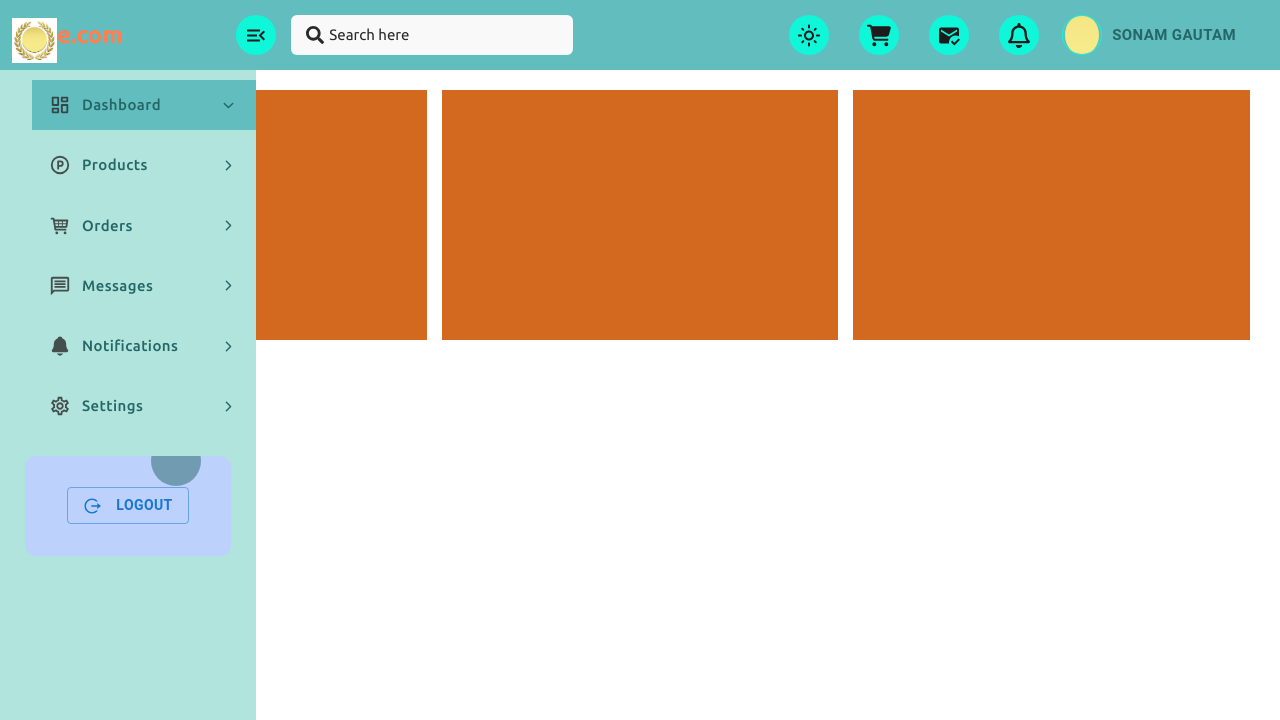
Repository: gautamsonam011/admin-react-dashboard
Page: /
These files come from the project's save history. The page is drawn as it stood at one moment and after the next save; the edit follows.
The browser window is 1280 px wide. The pictures show the whole page.
The project was rebuilt for these pictures with package versions that can differ from the ones it lists, and the page was loaded fresh each time.

Above is the page before, as saved 2025-04-16 11:10:38.

### src/App.js
import { BrowserRouter, Routes, Route } from 'react-router-dom';
import './App.css';
import 'bootstrap/dist/css/bootstrap.min.css';
import Dashboard from './pages/Dashboard/Dashboard';
import Header from "./components/Header/index";
import Sidebar from './components/Sidebar';

function App() {
  return (
    <BrowserRouter>
    <Header/>
    <div className='main d-flex'>
      <div className='sidebarWrapper'>
        <Sidebar/>
      </div>
    </div>
    <div className='content'>
    <Routes>
      <Route path = "/" exact={true} element={<Dashboard/>} />
    </Routes>
    </div>

    </BrowserRouter>
  );
}

export default App;

### src/App.css
@import url('https://fonts.googleapis.com/css2?family=Ubuntu:ital,wght@0,300;0,400;0,500;0,700;1,300;1,400;1,500;1,700&display=swap');

body{
  font-family: "Ubuntu", sans-serif !important;
  background-color: #f4f8f7;

}

header{
  width:100%;
  height: 70px;
  background-color:#62bebe;
  position: fixed;
  top:0px;
  left:0px;
  z-index: 1000;
}
header .logo{
  text-decoration: none;
}
header .logo img{
  margin-top: 10px;
  width:45px;

}

header .logo span{
color: coral;
font-weight: bolder;
font-size: 24px;
}
header button.rounded-circle{min-width:40px !important; width:40px !important; height: 40px !important; background-color:#0ff7d8 !important; margin: 15px;}
header button.rounded-circle svg{color:rgb(29, 27, 27); font-size: 25px !important; transition: all 0.2s ease-in-out;}
header button.rounded-circle:hover svg{color: #2585d4 !important;}
.searchBox{width:400px; height: 40px; background-color:#faf9f9; border-radius: 6px;padding: 3px 15px;}
.searchBox input{background: transparent;border:0px; outline:none; padding-left: 5px; font-size: 15px; color:#292929}
.searchBox input::-webkit-input-placeholder{color:#292929}
.searchBox svg{font-size: 18px; color:#292929 ;}

.userImg{display: flex; align-items:center; justify-content: center; overflow: hidden; width:40px; height: 40px; border:1px solid #0ff7d8; padding: 2px; border-radius: 100%;}
.userImg .rounded-circle{display: flex; align-items:center; justify-content: center; overflow: hidden; width: 40px; height: 40px; cursor: pointer; position: relative;}
.userImg .rounded-circle .img{object-fit: cover; width: 100%;}
.userInfo{padding-left: 10px;}
.userInfo h5{font-size: 15px; font-weight: 600; margin-bottom:0px; color: #266666;}

#account-menu li{font-size: 14px !important;}
#account-menu li svg{font-size: 20px !important}

.dropdown-info{padding-left: 6px;}
.dropdown-info h4{font-size: 15px; font-weight:600;margin-top: 2px; white-space: break-space; line-height: 21px;}
.dropdown-info p{font-size: 10px; color: #2585d4;}


/* Style for sidebar  */

.main .sidebarWrapper{width: 20%; flex: 0 0 20%; transition: all 0.3s ease-in-out;}
.main .sidebarWrapper .sidebar{width:20%; height: 100vh; position:fixed; top: 70px; left:0px; background:#b1e4dd; overflow-y: scroll; overflow-x: hidden;}
.main .sidebarWrapper .sidebar::-webkit-scrollbar-thumb{background: transparent !important; width:3px;}
.main .sidebarWrapper:hover .sidebar::-webkit-scrollbar{ background:#2585d4; width:3px;}
.main .sidebarWrapper .sidebar ul{margin-bottom:0px;}
.main .sidebarWrapper .sidebar ul li{list-style: none; margin-top:10px;}
.main .sidebarWrapper .sidebar ul li button{color:#266666; text-align: left; justify-content: left; border-radius:0px !important; padding: 12px 15px !important;
  align-items: center; text-transform: capitalize !important;font-family: "Ubuntu", sans-serif !important;
  margin-left: 0px; font-size: 15px !important;
}
.main .sidebarWrapper .sidebar ul li button .icon{display: flex; align-items:center; justify-content: center; width:25px; height:25px; margin-right: 10px;}
.main .sidebarWrapper .sidebar ul li button .icon svg{color:#292929; opacity: 0.8; font-size: 22px;}
.main .sidebarWrapper .sidebar ul li button .arrow{margin-left: auto; display: flex; align-items: center; justify-content: center; width: 25px; transition: all 0.3s ease-in-out}
.main .sidebarWrapper .sidebar ul li button:hover{background:#62bebe !important;}
.main .sidebarWrapper .sidebar ul li button.active{background: #62bebe !important;}
.main .sidebarWrapper .sidebar ul li button.active .arrow{transform: rotate(90deg);}

.main .sidebarWrapper .sidebar ul .submenu{padding: 0px 45px; position:relative; height:auto;}
.main .sidebarWrapper .sidebar ul .submenu::before{content:''; width:1px; height: 95%; position: absolute; top:0px; left:25px; background:rgba(0, 0, 0, 0.1);}
.main .sidebarWrapper .sidebar ul .submenu li{width:100%; list-style: none;}
.main .sidebarWrapper .sidebar ul .submenu li a{color:#266666 !important; text-decoration: none; font-family: "Ubuntu", sans-serif !important;
display: block; padding: 6px 0px; font-size: 14px !important; font-weight: 500; transition:all 0.3s}
.main .sidebarWrapper .sidebar ul .submenu li a:hover{color:#2585d4 !important;}

.main .sidebarWrapper .sidebar ul .submenuWrapper{transition:all 0.3s ease-in-out; height: 0px; overflow: hidden; }
.main .sidebarWrapper .sidebar ul .submenuWrapper.colapsed .submenu{opacity:0;}

.main .sidebarWrapper .sidebar ul .submenuWrapper.colapse{height:auto; overflow: inherit;}
.main .sidebarWrapper .sidebar ul .submenuWrapper.colapse .submenu{opacity:1; height:auto;}

.logoutWrapper{padding: 0px 25px;}
.logoutWrapper .logoutBox{width:100%; height:100px; padding: 25px; background:#bcd2fd; border-radius:10px; margin-bottom:20px; display:flex; align-items: center; justify-content: center;
position:relative; overflow:hidden;}
.logoutWrapper .logoutBox::before{content:''; width:50px; height:50px; background:#266666; border-radius: 100%; position:absolute; top: -20px; right: 30px; opacity:0.5}
.logoutWrapper .logoutBox::after{content:''; width:30px; height:30px; background:#266666; border-radius: 100%; position:absolute; top: -30px; left: 30px; opacity:0.5}
.logoutWrapper .logoutBox button{font-size:14px !important; font-weight: 600 !important; }
.logoutWrapper .logoutBox button svg{margin-right: 15px; font-size:18px;}

.right-content{padding: 90px 30px;}
.dashboardBoxWrapper{gap: 15px;}
.dashboardBoxWrapper .dashboardBox{width:45%; height: 250px; background-color:chocolate;}

### src/pages/Dashboard/Dashboard.jsx
const Dashboard = () =>{
    return (
        <div className="right-content w-100">
            <div className="dashboardBoxWrapper d-flex">
            <div className="dashboardBox"></div>
            <div className="dashboardBox"></div>
            <div className="dashboardBox"></div>
            {/* <div className="dashboardBox"></div> */}
            </div>
        </div>
    )
}

export default Dashboard;

### src/components/Header/index.jsx
import React, { useState } from 'react';
import { Link } from "react-router-dom";
import logo from "../../assests/images/logo.jpg";
import Button from '@mui/material/Button';
import { MdMenuOpen } from "react-icons/md";
// import { MdOutlineMenu } from "react-icons/md";
import SearchBox from "../SearchBox";
import { MdOutlineLightMode } from "react-icons/md";
// import { MdDarkMode } from "react-icons/md";
import { FaCartShopping } from "react-icons/fa6";
import { MdMarkEmailRead } from "react-icons/md";
import { FaRegBell } from "react-icons/fa";


import Avatar from '@mui/material/Avatar';
import Menu from '@mui/material/Menu';
import MenuItem from '@mui/material/MenuItem';
import ListItemIcon from '@mui/material/ListItemIcon';
import Divider from '@mui/material/Divider';
import { FaShieldAlt } from "react-icons/fa";
import Settings from '@mui/icons-material/Settings';
import Logout from '@mui/icons-material/Logout';

const Header = () => {
    const [anchorEl, setAnchorEl] = useState(null);
    const [anchorElNotification, setAnchorElNotification] = useState(null);

    const open = Boolean(anchorEl);

    const handleOpenMyAccountDropdown = (event) => {
        if (anchorEl) {
            setAnchorEl(null);
        } else {
            setAnchorEl(event.currentTarget);
        }
    };

    const handleOpenMyAccountDropdownClose = () => {
        setAnchorEl(null);
    };

    // For Notification dropdown
    const handleOpennotificationsDrop = (event) => {
        setAnchorElNotification(event.currentTarget);
    };

    const handleClosenotificationsDrop = () => {
        setAnchorElNotification(null);
    };



    return (
        <>
            <header>
                <div className="container-fluid">
                    <div className="row d-flex align-items-center w-100">
                        {/* logo */}
                        <div className="col-sm-2">
                            <Link to="/" className="d-flex align-items-center logo">
                                <img src={logo} alt="logo" />
                                <span className="ml-2">e.com</span>
                            </Link>
                        </div>
                        <div className="col-sm-3 d-flex align-items-center pl-4">
                            <Button className="rounded-circle"><MdMenuOpen /></Button>
                            <SearchBox />
                        </div>
                        <div className="col-sm-7 d-flex align-items-center justify-content-end part3">
                            <Button className="rounded-circle"><MdOutlineLightMode /></Button>
                            <Button className="rounded-circle"><FaCartShopping /></Button>
                            <Button className="rounded-circle"><MdMarkEmailRead /></Button>
                            <Button className="rounded-circle" onClick={handleOpennotificationsDrop}>
                                <FaRegBell />
                            </Button>
                            <Menu
                                anchorEl={anchorElNotification}
                                open={Boolean(anchorElNotification)}
                                onClose={handleClosenotificationsDrop}
                                onClick={handleClosenotificationsDrop}
                                slotProps={{
                                    paper: {
                                        elevation: 0,
                                        sx: {
                                            overflow: 'visible',
                                            filter: 'drop-shadow(0px 2px 8px rgba(0,0,0,0.32))',
                                            mt: 1.5,
                                            '&::before': {
                                                content: '""',
                                                display: 'block',
                                                position: 'absolute',
                                                top: 0,
                                                right: 14,
                                                width: 10,
                                                height: 10,
                                                bgcolor: 'background.paper',
                                                transform: 'translateY(-50%) rotate(45deg)',
                                                zIndex: 0,
                                            },
                                        },
                                    },
                                }}
                                transformOrigin={{ horizontal: 'right', vertical: 'top' }}
                                anchorOrigin={{ horizontal: 'right', vertical: 'bottom' }}
                            >
                                <MenuItem onClick={handleClosenotificationsDrop}>
                                    Orders(12)
                                </MenuItem>
                                <Divider className="mb-2" />
                                <MenuItem onClick={handleClosenotificationsDrop}>
                                    <div className="d-flex align-items-center dropdown-list">

                                        <div className="userImg">
                                        <span className="rounded-circle">
                                            <img src={logo} alt="profile" />
                                        </span>

                                    </div>
                                    <div className='dropdown-info'>
                                        <h4><b>Sona</b> added Leather New Shoes</h4>
                                        <p>Few minutes ago</p>
                                    </div>
                                    </div>

                                </MenuItem>
                                <MenuItem onClick={handleClosenotificationsDrop}>
                                    <div className="d-flex align-items-center dropdown-list">

                                        <div className="userImg">
                                        <span className="rounded-circle">
                                            <img src={logo} alt="profile" />
                                        </span>

                                    </div>
                                    <div className='dropdown-info'>
                                        <h4><b>Sona</b> added Leather New Shoes</h4>
                                        <p>Few minutes ago</p>
                                    </div>
                                    </div>

                                </MenuItem>
                            </Menu>

                            <div className="myAccountWrapper">
                                <Button className="myAccount d-flex align-items-center" onClick={handleOpenMyAccountDropdown}>
                                    <div className="userImg">
                                        <span className="rounded-circle">
                                            <img src={logo} alt="profile" />
                                        </span>

                                    </div>
                                    <div className="userInfo">
                                        <h5>Sonam Gautam</h5>
                                    </div>

                                    <Menu
                                        anchorEl={anchorEl}
                                        id="account-menu"
                                        open={open}
                                        onClose={handleOpenMyAccountDropdownClose}
                                        onClick={handleOpenMyAccountDropdownClose}
                                        slotProps={{
                                            paper: {
                                                elevation: 0,
                                                sx: {
                                                    overflow: 'visible',
                                                    filter: 'drop-shadow(0px 2px 8px rgba(0,0,0,0.32))',
                                                    mt: 1.5,
                                                    '& .MuiAvatar-root': {
                                                        width: 32,
                                                        height: 32,
                                                        ml: -0.5,
                                                        mr: 1,
                                                    },
                                                    '&::before': {
                                                        content: '""',
                                                        display: 'block',
                                                        position: 'absolute',
                                                        top: 0,
                                                        right: 14,
                                                        width: 10,
                                                        height: 10,
                                                        bgcolor: 'background.paper',
                                                        transform: 'translateY(-50%) rotate(45deg)',
                                                        zIndex: 0,
                                                    },
                                                },
                                            },
                                        }}
                                        transformOrigin={{ horizontal: 'right', vertical: 'top' }}
                                        anchorOrigin={{ horizontal: 'right', vertical: 'bottom' }}
                                    >
                                        <MenuItem onClick={handleOpenMyAccountDropdownClose}>
                                            <Avatar /> Profile
                                        </MenuItem>
                                        <Divider />
                                        <MenuItem onClick={handleOpenMyAccountDropdownClose}>
                                            <ListItemIcon>
                                                <FaShieldAlt fontSize="small" />
                                            </ListItemIcon>
                                            Reset Password
                                        </MenuItem>
                                        <MenuItem onClick={handleOpenMyAccountDropdownClose}>
                                            <ListItemIcon>
                                                <Settings fontSize="small" />
                                            </ListItemIcon>
                                            Settings
                                        </MenuItem>
                                        <MenuItem onClick={handleOpenMyAccountDropdownClose}>
                                            <ListItemIcon>
                                                <Logout fontSize="small" />
                                            </ListItemIcon>
                                            Logout
                                        </MenuItem>
                                    </Menu>
                                </Button>
                            </div>
                        </div>
                    </div>
                </div>
            </header>
        </>
    )
}

export default Header

### src/components/Sidebar/index.jsx
import Button from '@mui/material/Button';
import { RiDashboardLine } from "react-icons/ri";
import { IoIosArrowForward } from "react-icons/io";
import { TbBrandProducthunt } from "react-icons/tb";
import { TiShoppingCart } from "react-icons/ti";
import { MdOutlineMessage } from "react-icons/md";
import { IoNotifications } from "react-icons/io5";
import { MdOutlineSettings } from "react-icons/md";
import { Link } from 'react-router-dom';
import React, {useState} from "react";
import { RiLogoutCircleRLine } from "react-icons/ri";

const Sidebar = () =>{
    const [activeTab, setActiveTab] = useState(0);
    const [isToggleSubmenu, setIsToggleSubmenu] = useState(false);

    const isOpenSubmenu = (index) =>{
        setActiveTab(index);
        setIsToggleSubmenu(!isToggleSubmenu);


    }

    return(
        <div className="sidebar">
            <ul>
                <li>
                    <Link to="/">
                    <Button className={`w-100 ${activeTab === 0 ? 'active' : ''}`} onClick={()=>isOpenSubmenu(0)}>
                        <span className='icon'><RiDashboardLine/></span>
                        Dashboard
                        <span className="arrow"><IoIosArrowForward/></span>
                    </Button>
                    </Link>
                </li>
                <li>
                    <Button className={`w-100 ${activeTab === 1 && isToggleSubmenu===true ?  'active' : ''}`} onClick={()=>isOpenSubmenu(1)}>
                        <span className='icon'><TbBrandProducthunt/></span>
                        Products
                        <span className="arrow"><IoIosArrowForward/></span>
                    </Button>
                    <div className={`submenuWrapper ${activeTab===1 && isToggleSubmenu===true ? 'colapse':'colapsed'}`}>
                    <ul className='submenu'>
                        <li><Link to="#">Product Add</Link></li>
                        <li><Link to="#">Product List</Link></li>
                        <li><Link to="#">Product View</Link></li>
                    </ul>
                    </div>
                </li>
                <li>
                    <Link to="/">
                    <Button className={`w-100 ${activeTab === 2 ? 'active' : ''}`} onClick={()=>isOpenSubmenu(2)}>
                        <span className='icon'><TiShoppingCart/></span>
                        Orders
                        <span className="arrow"><IoIosArrowForward/></span>
                    </Button>
                    </Link>
                </li>
                <li>
                    <Link to="/">
                    <Button className={`w-100 ${activeTab === 3 ? 'active' : ''}`} onClick={()=>isOpenSubmenu(3)}>
                        <span className='icon'><MdOutlineMessage/></span>
                        Messages
                        <span className="arrow"><IoIosArrowForward/></span>
                    </Button>
                    </Link>
                </li>
                <li>
                    <Link to="/">
                    <Button className={`w-100 ${activeTab === 4 ? 'active' : ''}`} onClick={()=>isOpenSubmenu(4)}>
                        <span className='icon'><IoNotifications/></span>
                        Notifications
                        <span className="arrow"><IoIosArrowForward/></span>
                    </Button>
                    </Link>
                </li>
                <li>
                    <Link to="/">
                    <Button className={`w-100 ${activeTab === 5 ? 'active' : ''}`} onClick={()=>isOpenSubmenu(5)}>
                        <span className='icon'><MdOutlineSettings /></span>
                        Settings
                        <span className="arrow"><IoIosArrowForward/></span>
                    </Button>
                    </Link>
                </li>
            </ul>
            <br/>
            <div className="logoutWrapper">
                <div className="logoutBox">
            <Button variant="outlined"> <RiLogoutCircleRLine/>Logout</Button>
            </div>
            </div>
        </div>
    )
}

export default Sidebar

### src/components/SearchBox.jsx
import { FaSearch } from "react-icons/fa";

const SearchBox = () =>{
    return (
        <div className="searchBox position-relative d-flex align-items-center">
            <FaSearch className="mr-2" />
            <input type="text" placeholder="Search here"  />
        </div>
    )
}

export default SearchBox;

Loaded but not shown: public/index.html (common file); src/index.js (common file); src/reportWebVitals.js (common file)

After the next save:
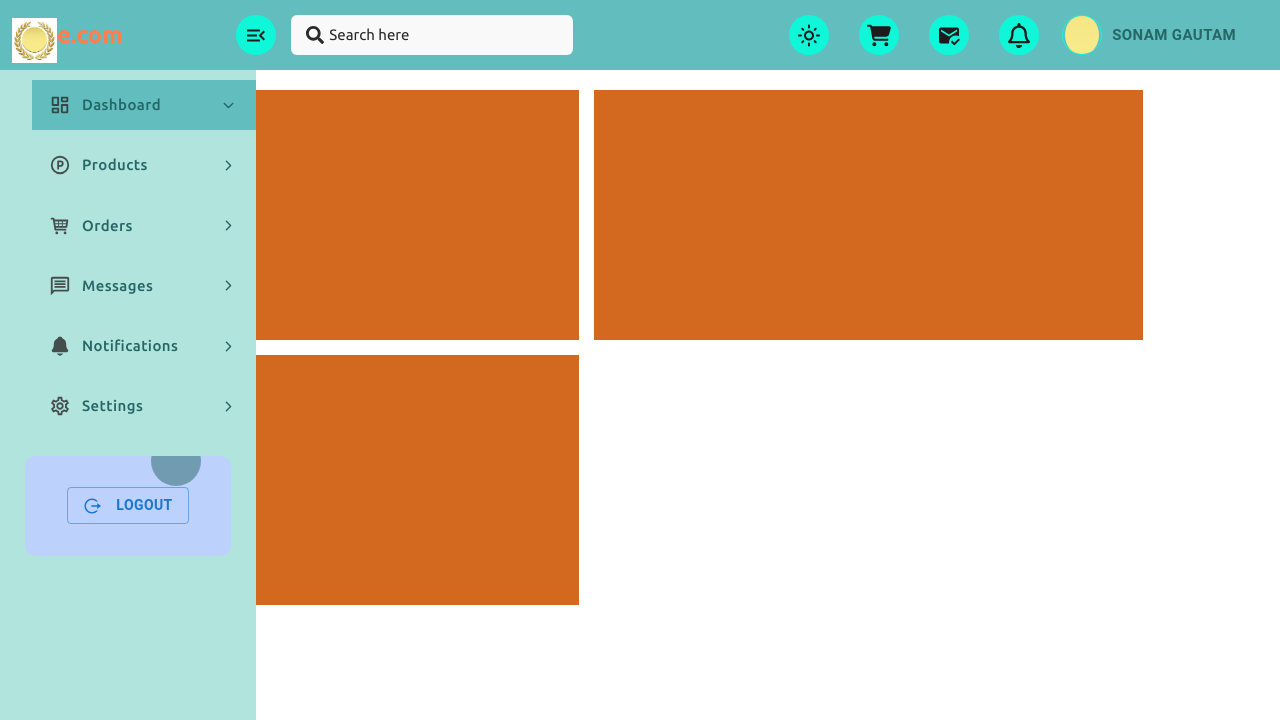
Saved 42 s later.
--- a/src/App.css
+++ b/src/App.css
@@ -92,5 +92,5 @@ position:relative; overflow:hidden;}
 .logoutWrapper .logoutBox button svg{margin-right: 15px; font-size:18px;}
 
 .right-content{padding: 90px 30px;}
-.dashboardBoxWrapper{gap: 15px;}
+.dashboardBoxWrapper{gap: 15px; width:100%; flex-wrap: wrap;}
 .dashboardBoxWrapper .dashboardBox{width:45%; height: 250px; background-color:chocolate;}
